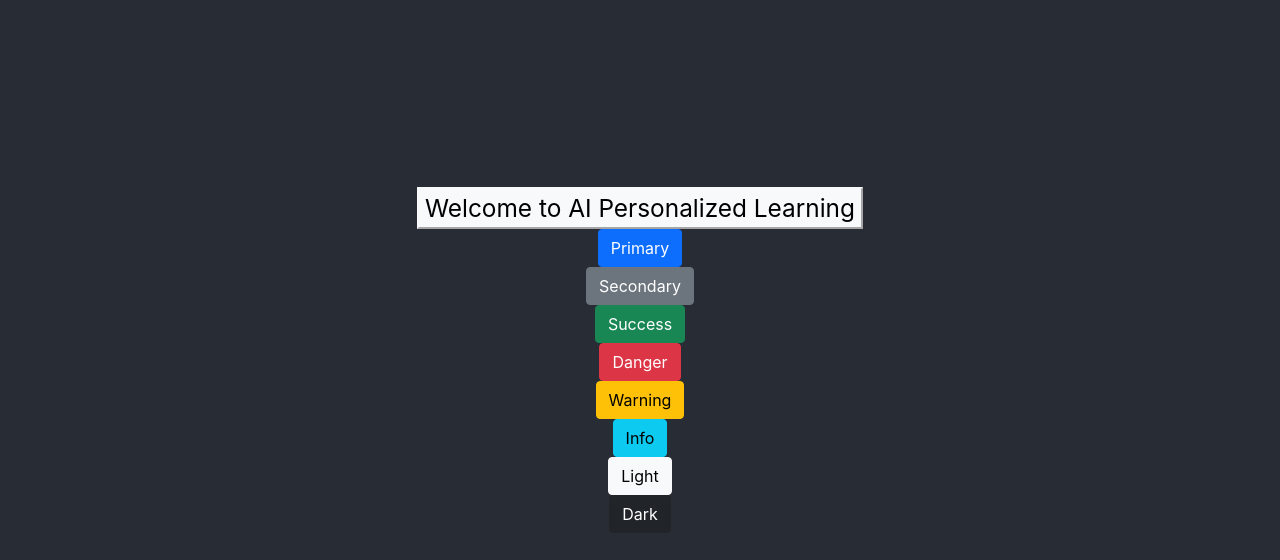
Repository: SP23-CSCE482/team_hunnid_app
Page: /
An editor plug-in stored every save of this project. The page is shown before and after the next save, followed by the edit.
The browser window is 1280 px wide. The pictures show the whole page.
The project was rebuilt for these pictures with package versions that can differ from the ones it lists, and the page was loaded fresh each time.

Above is the page before, as saved 2023-02-08 20:03:59.

After the next save:
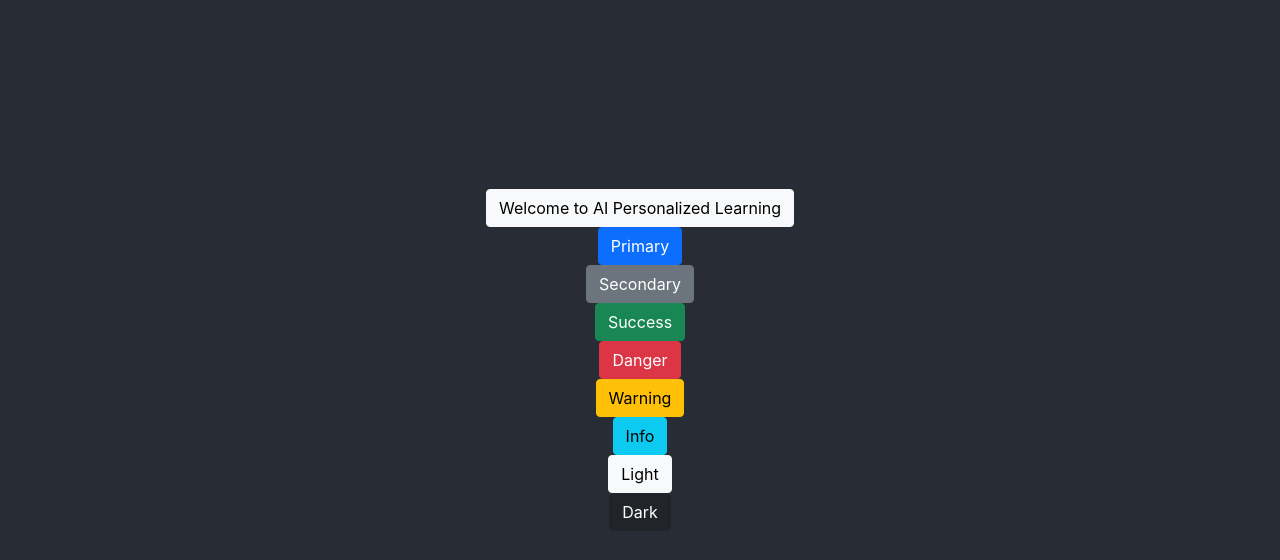
Saved 14 s later.
--- a/src/App.js
+++ b/src/App.js
@@ -5,7 +5,7 @@ function App() {
   return (
     <div className="App">
       <header className="App-header">
-        <button type="button" class="btn-light">
+        <button type="button" class="btn btn-light">
           Welcome to AI Personalized Learning
         </button>
         <button type="button" class="btn btn-primary">
